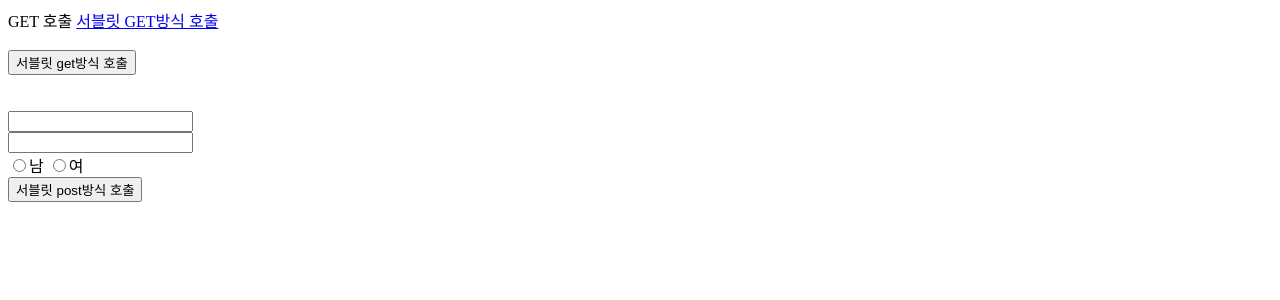
Repository: Won-Hyuk-Lee/kosta_java
Page: http://localhost/web_prj/Practice_Servlet_Call.jsp
The author's editor kept a copy of each file at every save. The page is drawn from the files as they stood at one save, then again after the next save.
The browser window is 1280 px wide. The pictures show the whole page.
The page is served by Tomcat 9. Nobody is signed in. The application's start-up code is not run.

Above is the page before, as saved 2024-05-21 07:37:13.

After the next save:
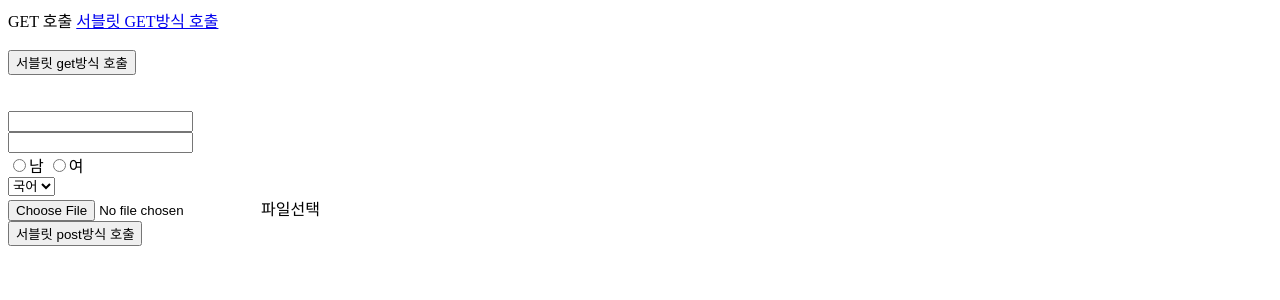
Saved 2 min 53 s later.
--- a/web_prj/src/main/webapp/Practice_Servlet_Call.jsp
+++ b/web_prj/src/main/webapp/Practice_Servlet_Call.jsp
@@ -20,6 +20,18 @@ GET 호출
 	<input name = "userpwd" type = "password"><br>
 	<input name = "gender" type = "radio" value = 'm'>남
 	<input name = "gender" type = "radio" value = 'f'>여<br>
+	<select name = "subject">
+		<option value = "korean">국어</option>
+		<option value = "english">영어</option>
+		<option value = "math">수학</option>
+	</select><br>
+
+	<input type = "file" name = "userfile">파일선택<br>
+
+
+
+
+
 
 	<input type = "submit" value = "서블릿 post방식 호출">
 </form><br><br>
